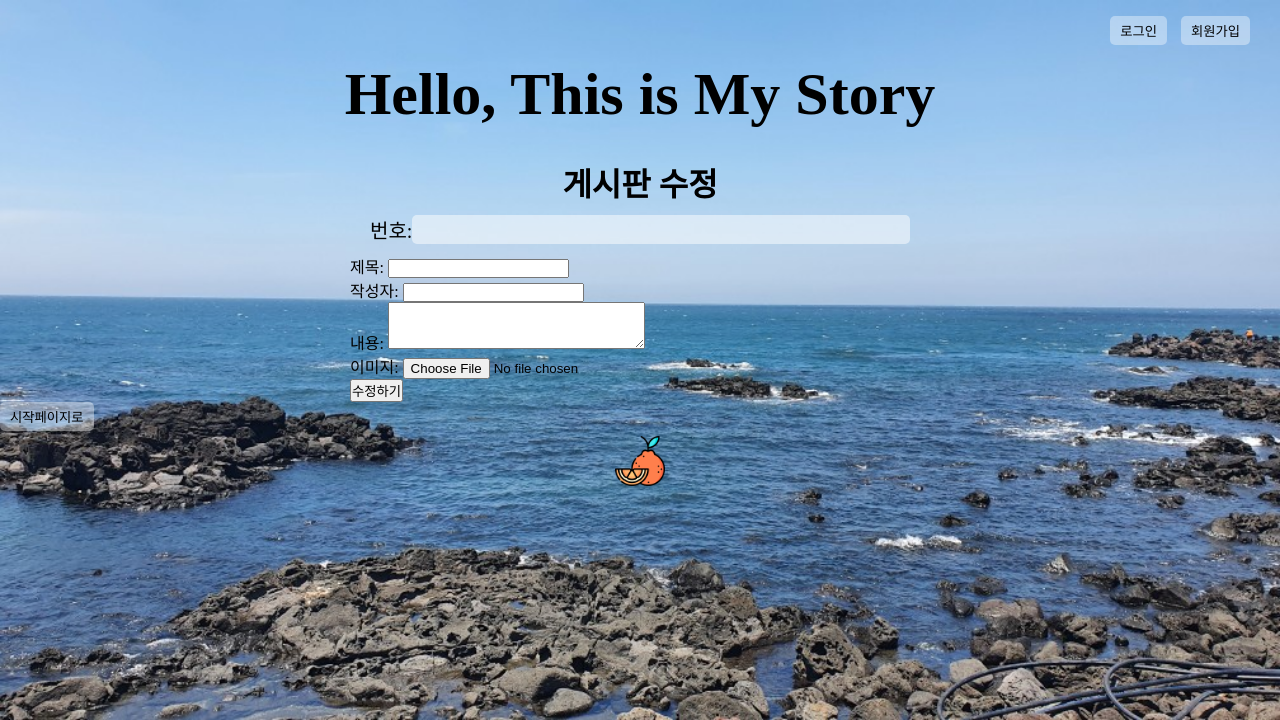
Repository: jeeniii/test2022_12_29
Page: http://localhost/portfolio/board/modify.jsp
An editor plug-in stored every save of this project. The page is shown before and after the next save, followed by the edit.
The browser window is 1280 px wide. The pictures show the whole page.
The page is served by Tomcat 9. Other server files are loaded and not shown. The template is opened directly, without the code that normally fills it, so the values that code supplies are empty.

Above is the page before, as saved 2022-12-14 03:12:02.

### JSP_Portfolio/portfolio/src/main/webapp/board/modify.jsp
<%@ page language="java" contentType="text/html; charset=UTF-8"
    pageEncoding="UTF-8"%>
<!DOCTYPE html>
<html>
<head>
<meta charset="UTF-8">
<title>Insert title here</title>
<link rel="stylesheet" href="/resources/css/boardModify.css" type="text/css">
<%@ include file="/header.jsp" %>
</head>
<body>
<div class="container">
<h1>게시판 수정</h1>
	<form action="/brd/update" method="post" enctype="multipart/form-data">
		<div class="bm_put">
			<span>
				번호:
			</span>
		 <input type="text" name="bno" value="${bvo.bno }" readonly="readonly"> <br>
		</div>
		<div>
			<span>
				제목:
			</span>
		 <input type="text" name="title" value="${bvo.title }"> <br>
		</div>
		<div>
			<span>
				작성자:
			</span>
		 <input type="text" name="writer" value="${ses.nick_name }" readonly="readonly"> <br>
		</div>
		<div>
			<span>
				내용:
			</span>
		 <textarea rows="3" cols="30" name="content" >${bvo.content }</textarea>
		</div>
		<div>
			<span>
				이미지:
			</span>
			<input type="hidden" name="image_file" value="${bvo.image_file }">
			<input type="file" name="new_file" accept="image/png, image/jpg, img/jpeg, image/gif">
		</div>
		<button type="submit">수정하기</button>
	</form>
</div>
<a href="/"><button type="button">시작페이지로</button></a>
<%@ include file="/footer.jsp" %>
</body>
</html>

### JSP_Portfolio/portfolio/src/main/webapp/header.jsp
<%@ page language="java" contentType="text/html; charset=UTF-8"
    pageEncoding="UTF-8"%>
    <%@ taglib uri="http://java.sun.com/jsp/jstl/core" prefix="c" %>
<!DOCTYPE html>
<html>
<head>
<meta charset="UTF-8">

<link rel="stylesheet" href="/resources/css/header.css" type="text/css">
</head>
<body>
	<header>
		<div class="realHeader">
			<div class="headbar">
				<ul>

					<c:if test="${ses.id ne null }">
						<li>
							${ses.nick_name }님
						</li>
						<li>
							<a href="/mem/logout?id=${ses.id }"><button type="button">로그아웃</button></a>
						</li>
						<li>
							<a href="/mem/modify?id=${ses.id }"><button type="button">회원정보수정</button></a>
						</li>
					</c:if>

					<c:if test="${ses.id eq null }">
						<li>
							<a href="/mem/login"><button type="button">로그인</button></a>
						</li>
						<li>
							<a href="/mem/join"><button type="button"> 회원가입</button></a>
						</li>
					</c:if>
				</ul>
			</div>
		</div>
		<div class="topic">
			<h1>Hello, This is My Story</h1>
		</div>
	</header>
</body>
</html>

### JSP_Portfolio/portfolio/src/main/webapp/footer.jsp
<%@ page language="java" contentType="text/html; charset=UTF-8"
    pageEncoding="UTF-8"%>
    <%@ taglib uri="http://java.sun.com/jsp/jstl/core" prefix="c" %>
<!DOCTYPE html>
<html>
<head>
<meta charset="UTF-8">
<title>Insert title here</title>
<link rel="stylesheet" href="/resources/css/footer.css" type="text/css">
</head>
<body>
<footer>
		<a href="/" id="hanlabtn"><button type="button"><img src="/resources/한라봉.png" id="hanlabong"></button></a>
</footer>
</body>
</html>

### JSP_Portfolio/portfolio/src/main/webapp/resources/css/boardModify.css
@charset "UTF-8";
.container{
	width:580px;
	margin: 0 auto;
	padding: 0px;
	margin-top: 30px;
}
h1{
	text-align: center;
}
.bm_put{
	font-size:20px;
	display: inline-flex;
	width: 100%;
	padding: 10px 20px;
}
.bm_put>input{
	flex: 1 1 0%;
	border: 0px;
	padding: 5px 10px;
	border-radius: 5px;
	background-color: rgba(255, 255, 255, 0.503);
}

### JSP_Portfolio/portfolio/src/main/webapp/resources/css/header.css
@charset "UTF-8";
* {
    margin: 0;
    padding: 0;
    box-sizing: border-box;
}
body{
	width:100%;
	height:100%;
	background-image: url("/resources/제주 바다.jpg");
	background-repeat: no-repeat;
	background-size: cover;
}
.topic{
	text-align: center;
	font-size: 30px;
}
.realHeader{
	height: 60px;
}
.headbar{
	display: flex;
	align-items: center;
	float: right;
	padding: 0px 30px;
	height: 60px;
}
.headbar>ul{
    list-style-type: none;
}
.headbar>ul>li{
	display: inline;;
	margin-left: 10px;
	line-height: 30px;
	vertical-align: middle;
}
.headbar>ul>li>a{
	font-size: 20px;
	font-weight: 700px;
	color: black;
    text-decoration-line:none ;
}
button[type="button"]{
	border: 0px;
	padding: 5px 10px;
	border-radius: 5px;
	background-color: rgba(255, 255, 255, 0.377);
}

### JSP_Portfolio/portfolio/src/main/webapp/resources/css/footer.css
@charset "UTF-8";
#hanlabong{
    width: 50px;
    height: 50px;
}

#hanlabtn{
	background-color: transparent;
	border:none;
	cursor: pointer;
}
#hanlabtn button{
	background-color: transparent;
	border:none;
	cursor: pointer;

}
#hanlabtn:hover{
	transform:scale(1.5);
  	transition: transform .5s;
}
footer{
	width: 100%;
	display: flex;
	justify-content: center;
}

After the next save:
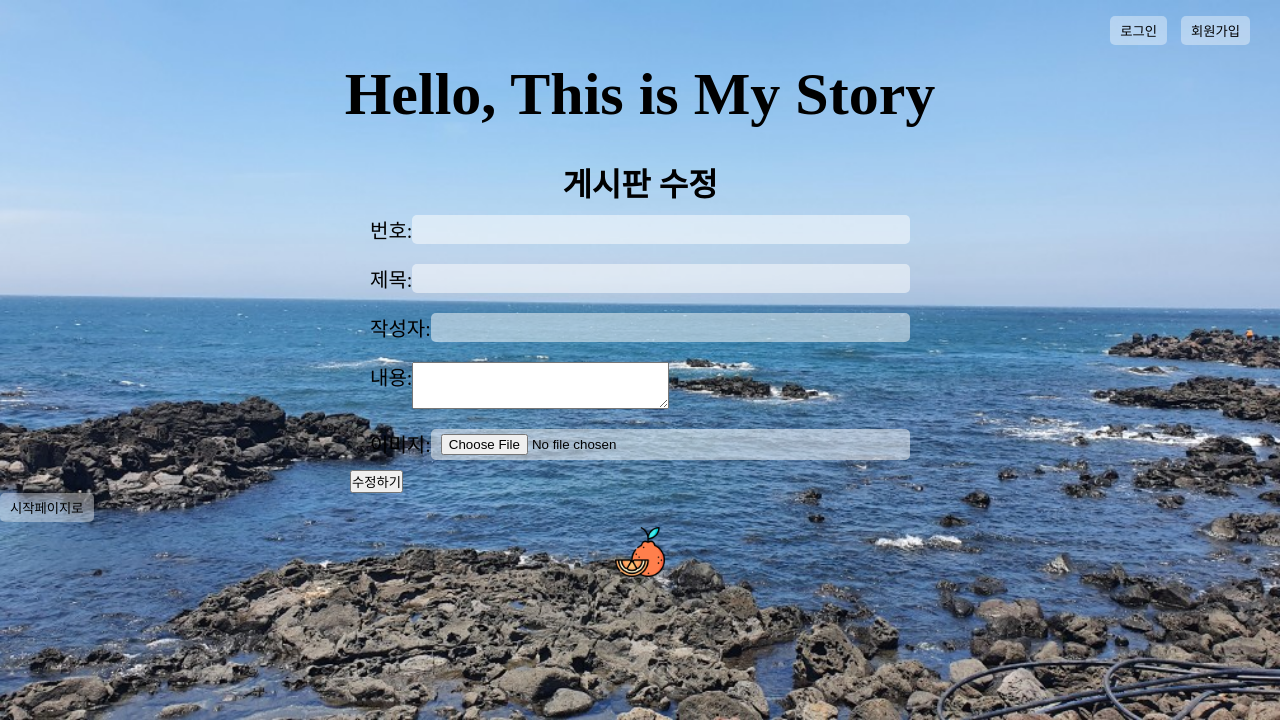
Saved 14 s later.
--- a/JSP_Portfolio/portfolio/src/main/webapp/board/modify.jsp
+++ b/JSP_Portfolio/portfolio/src/main/webapp/board/modify.jsp
@@ -18,25 +18,25 @@
 			</span>
 		 <input type="text" name="bno" value="${bvo.bno }" readonly="readonly"> <br>
 		</div>
-		<div>
+		<div class="bm_put">
 			<span>
 				제목:
 			</span>
 		 <input type="text" name="title" value="${bvo.title }"> <br>
 		</div>
-		<div>
+		<div class="bm_put">
 			<span>
 				작성자:
 			</span>
 		 <input type="text" name="writer" value="${ses.nick_name }" readonly="readonly"> <br>
 		</div>
-		<div>
+		<div class="bm_put">
 			<span>
 				내용:
 			</span>
 		 <textarea rows="3" cols="30" name="content" >${bvo.content }</textarea>
 		</div>
-		<div>
+		<div class="bm_put">
 			<span>
 				이미지:
 			</span>
